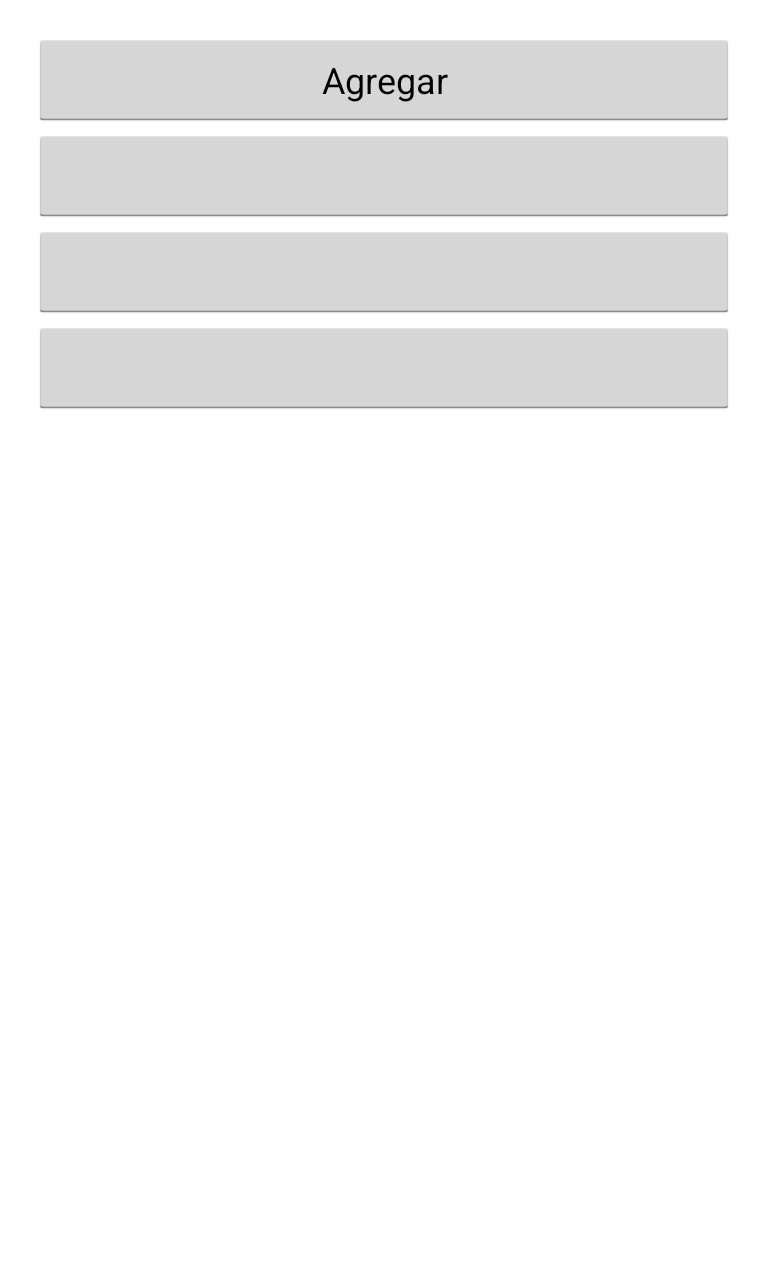
Repository: smolinac/MovilApp
Layout: Login/BasedeDatos/res/layout/activity_main.xml
These files come from the project's save history. The layout is drawn as it stood at one moment and after the next save; the edit follows.
It is drawn on a 768 x 1280 px phone screen (xhdpi) without system bars, with theme AppTheme; the app's code is not run.

Above is the layout before, as saved 2013-05-04 15:02:48.

### Login/BasedeDatos/res/layout/activity_main.xml
<LinearLayout xmlns:android="http://schemas.android.com/apk/res/android"
    xmlns:tools="http://schemas.android.com/tools"
    android:layout_width="match_parent"
    android:layout_height="match_parent"
    android:paddingBottom="@dimen/activity_vertical_margin"
    android:paddingLeft="@dimen/activity_horizontal_margin"
    android:paddingRight="@dimen/activity_horizontal_margin"
    android:paddingTop="@dimen/activity_vertical_margin"
    android:orientation="vertical"
    tools:context=".MainActivity" >

     <Button
        android:id="@+id/btnagrega"
        android:layout_width="fill_parent"
        android:layout_height="wrap_content"
        android:text="Agregar"
         />

    <Button
        android:id="@+id/btnConsulta"
        android:layout_width="fill_parent"
        android:layout_height="wrap_content"
        android:text:="Consultar"
         />

    <Button
        android:id="@+id/btnElimina"
        android:layout_width="fill_parent"
        android:layout_height="wrap_content"
        android:text:="Eliminar"
         />

    <Button
        android:id="@+id/btnmodifica"
        android:layout_width="fill_parent"
        android:layout_height="wrap_content"
        android:text:="Modificar"
         />

</LinearLayout>

Loaded but not shown: Login/BasedeDatos/res/values/styles.xml (common file); Login/BasedeDatos/res/values-v11/styles.xml (common file); Login/BasedeDatos/res/values-v14/styles.xml (common file); Login/BasedeDatos/res/values/dimens.xml (common file)

After the next save:
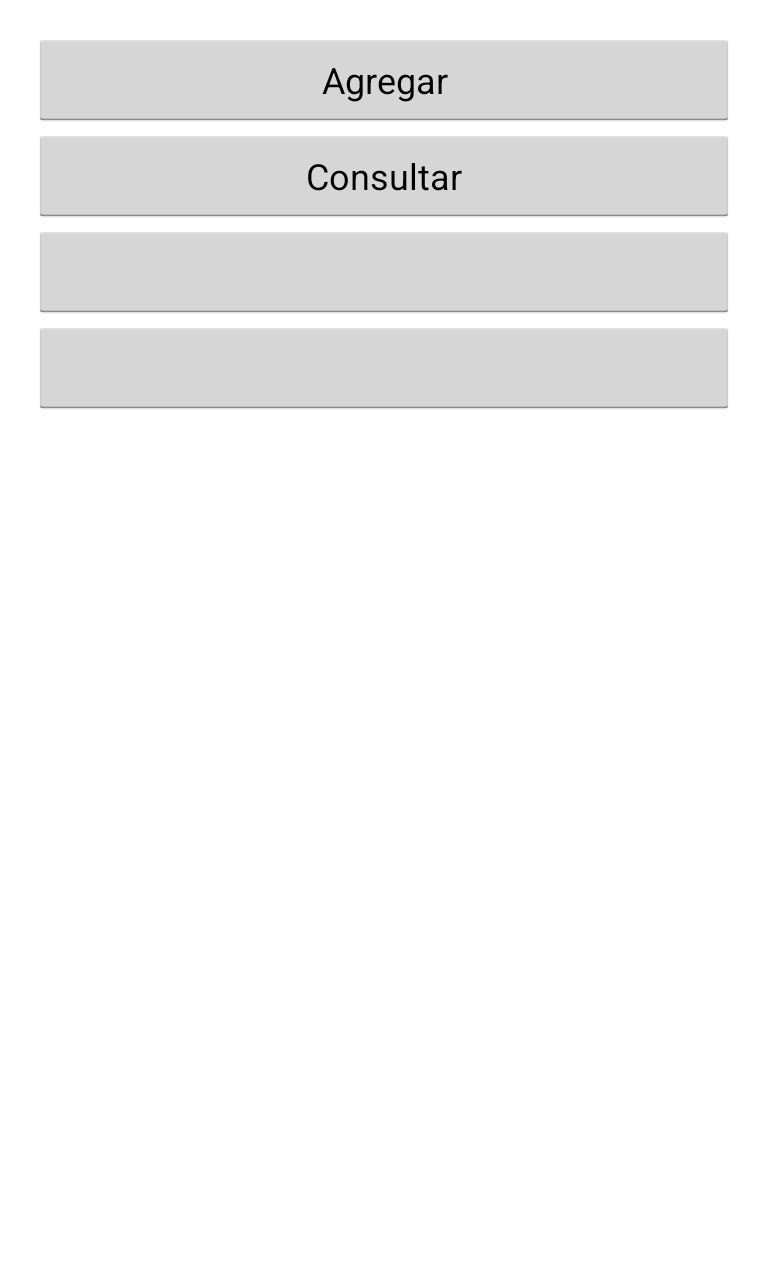
Saved 6 s later.
--- a/Login/BasedeDatos/res/layout/activity_main.xml
+++ b/Login/BasedeDatos/res/layout/activity_main.xml
@@ -20,7 +20,7 @@
         android:id="@+id/btnConsulta"
         android:layout_width="fill_parent"
         android:layout_height="wrap_content"
-        android:text:="Consultar"
+        android:text="Consultar"
          />
 
     <Button
